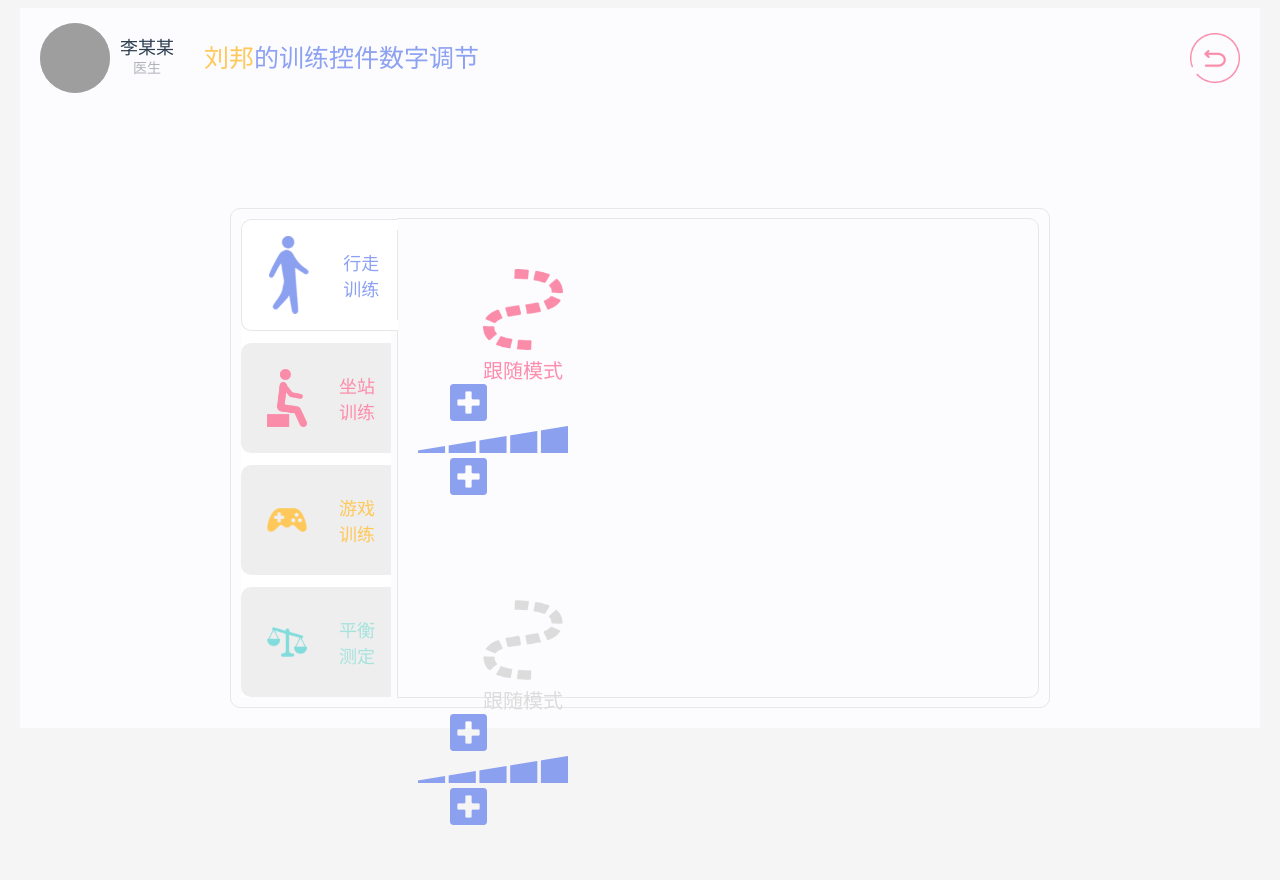
Repository: wangdanqing90/electron-vue-doctor
Page: /#/trainingAdjust
An editor plug-in stored every save of this project. The page is shown before and after the next save, followed by the edit.
The browser window is 1280 px wide. The pictures show the whole page.
Pictures or frames that could not be fetched are drawn as grey boxes. The project was rebuilt for these pictures with package versions that can differ from the ones it lists, and the page was loaded fresh each time. Also part of the build but not shown: vue.config.js, src/views/Home.vue, src/assets/styles/variable.scss, src/assets/styles/iconfont.css.

Above is the page before, as saved 2020-01-15 11:07:06.

After the next save:
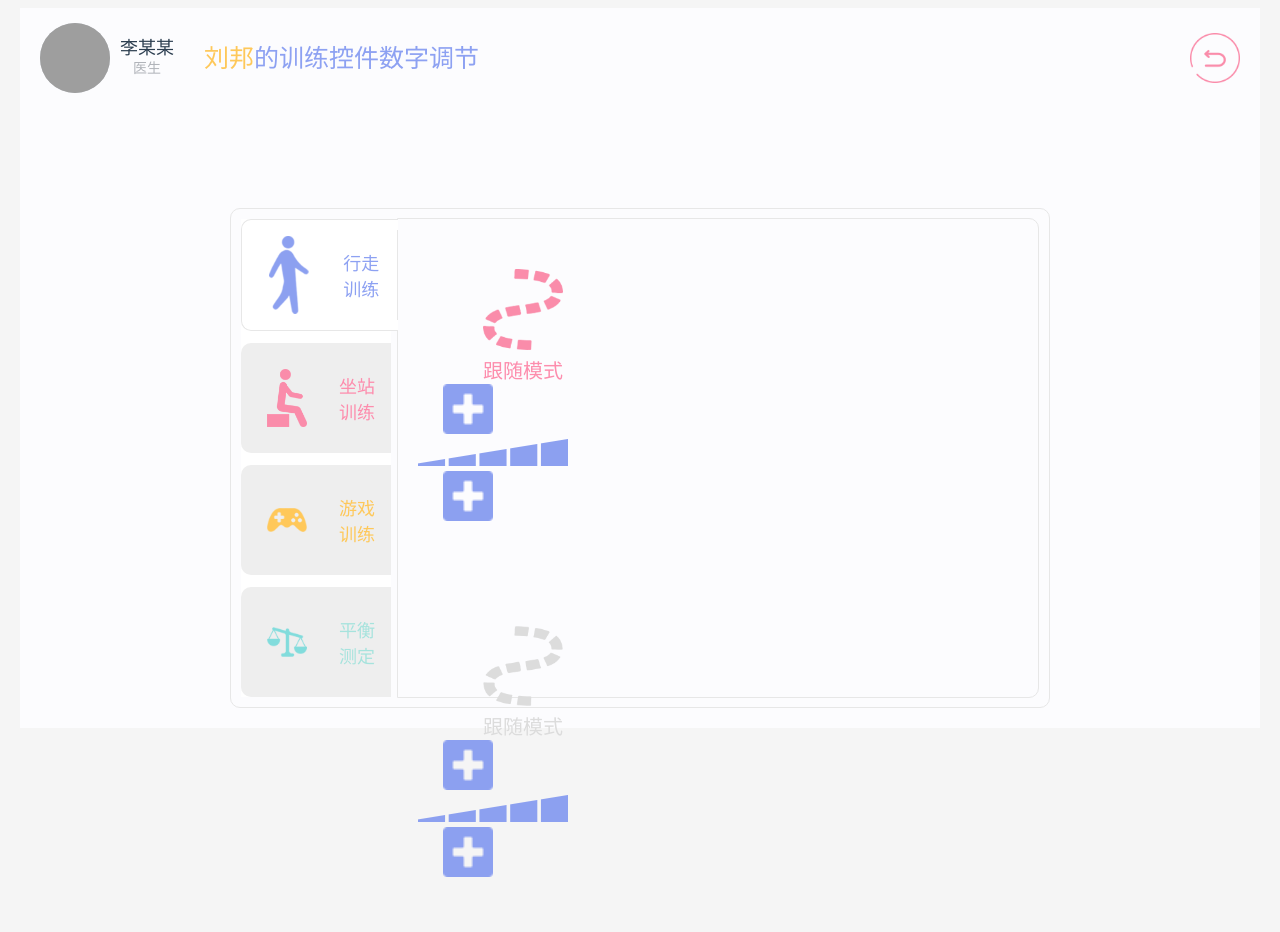
Saved 49 s later.
--- a/src/components/Adjust/Adjust.vue
+++ b/src/components/Adjust/Adjust.vue
@@ -35,7 +35,8 @@ export default {
 <style scoped lang="scss">
 .adjust {
   width: 100px;
-  .adjustLeft .adjustRight {
+  .adjustLeft,
+  .adjustRight {
     width: 50px;
   }
   .adjustMiddle {
